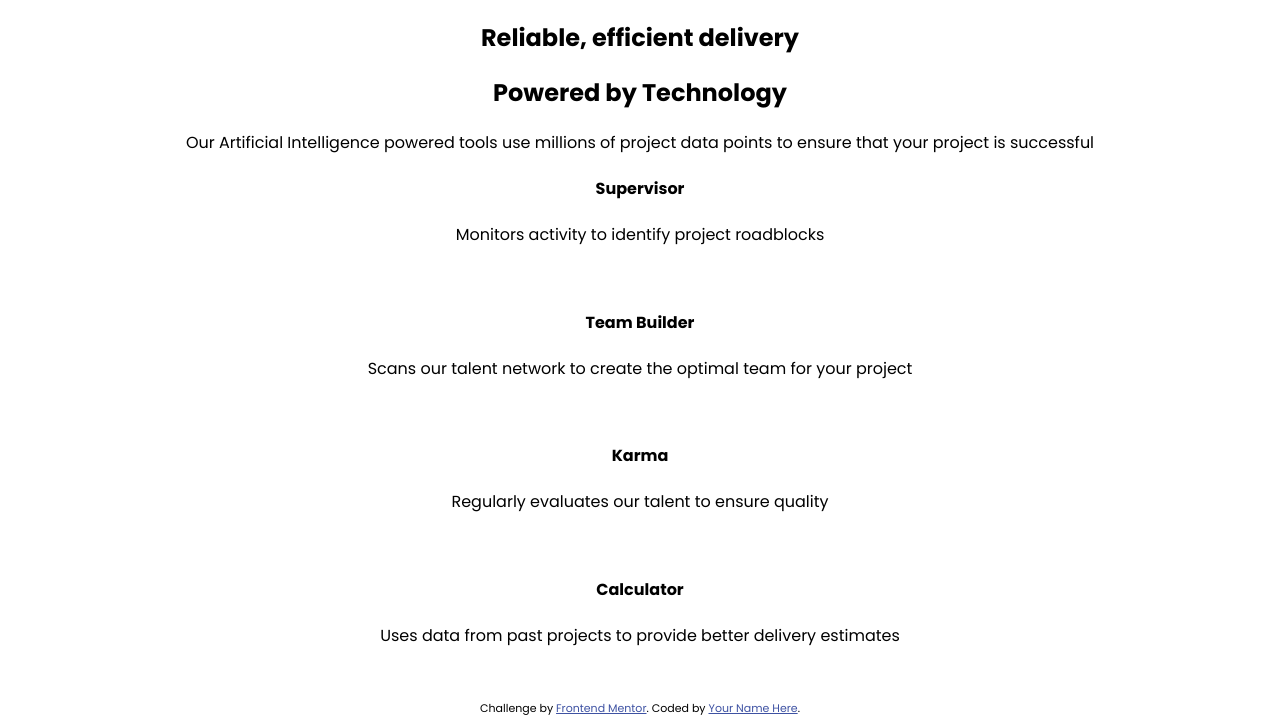
Repository: BuduCE/four-card-feature-section-master
Page: index.html
An editor plug-in stored every save of this project. The page is shown before and after the next save, followed by the edit.
The browser window is 1280 px wide. The pictures show the whole page.

Above is the page before, as saved 2023-06-01 22:09:22.

### index.html
<!DOCTYPE html>
<html lang="en">
<head>
  <meta charset="UTF-8">
  <meta name="viewport" content="width=device-width, initial-scale=1.0"> <!-- displays site properly based on user's device -->

  <link rel="icon" type="image/png" sizes="32x32" href="./images/favicon-32x32.png">

  <title>Frontend Mentor | Four card feature section</title>

  <!-- Feel free to remove these styles or customise in your own stylesheet 👍 -->
  <style>
    .attribution { font-size: 11px; text-align: center; }
    .attribution a { color: hsl(228, 45%, 44%); }
    body{
      font-family: 'Poppins', sans-serif;
      text-align: center;
      width: 75%;
      margin: auto;
    }
  </style>

  <!-- Gogle font family -->
  <link rel="preconnect" href="https://fonts.googleapis.com">
  <link rel="preconnect" href="https://fonts.gstatic.com" crossorigin>
  <link
    href="https://fonts.googleapis.com/css2?family=Montserrat:ital,wght@0,200;0,300;0,400;0,500;0,600;0,700;0,800;0,900;1,200;1,300;1,400;1,500;1,600;1,700;1,800;1,900&family=Poppins:wght@100;200;300;400;500;700;900&display=swap"
    rel="stylesheet">
</head>
<body>
  <h2>Reliable, efficient delivery</h2>
  <h2>Powered by Technology</h2>

  <p class="header_detail">Our Artificial Intelligence powered tools use millions of project data points
  to ensure that your project is successful</p>

  <div class="product_card">
    <div class="card_containers">
      <div class="card">
        <h4>Supervisor</h4>
        <p>Monitors activity to identify project roadblocks</p>
        <img src="" alt="">
      </div>
    </div>

    <div class="card_containers special">
      <div class="card">
        <h4>Team Builder</h4>
        <p>Scans our talent network to create the optimal team for your project</p>
        <img src="" alt="">
      </div>

      <div class="card">
        <h4>Karma</h4>
        <p>Regularly evaluates our talent to ensure quality</p>
        <img src="" alt="">
      </div>
    </div>

    <div class="card_containers">
      <div class="card">
        <h4>Calculator</h4>
        <p>Uses data from past projects to provide better delivery estimates</p>
        <img src="" alt="">
      </div>
    </div>
  </div>

  <footer>
    <p class="attribution">
      Challenge by <a href="https://www.frontendmentor.io?ref=challenge" target="_blank">Frontend Mentor</a>.
      Coded by <a href="#">Your Name Here</a>.
    </p>
  </footer>
</body>
</html>

After the next save:
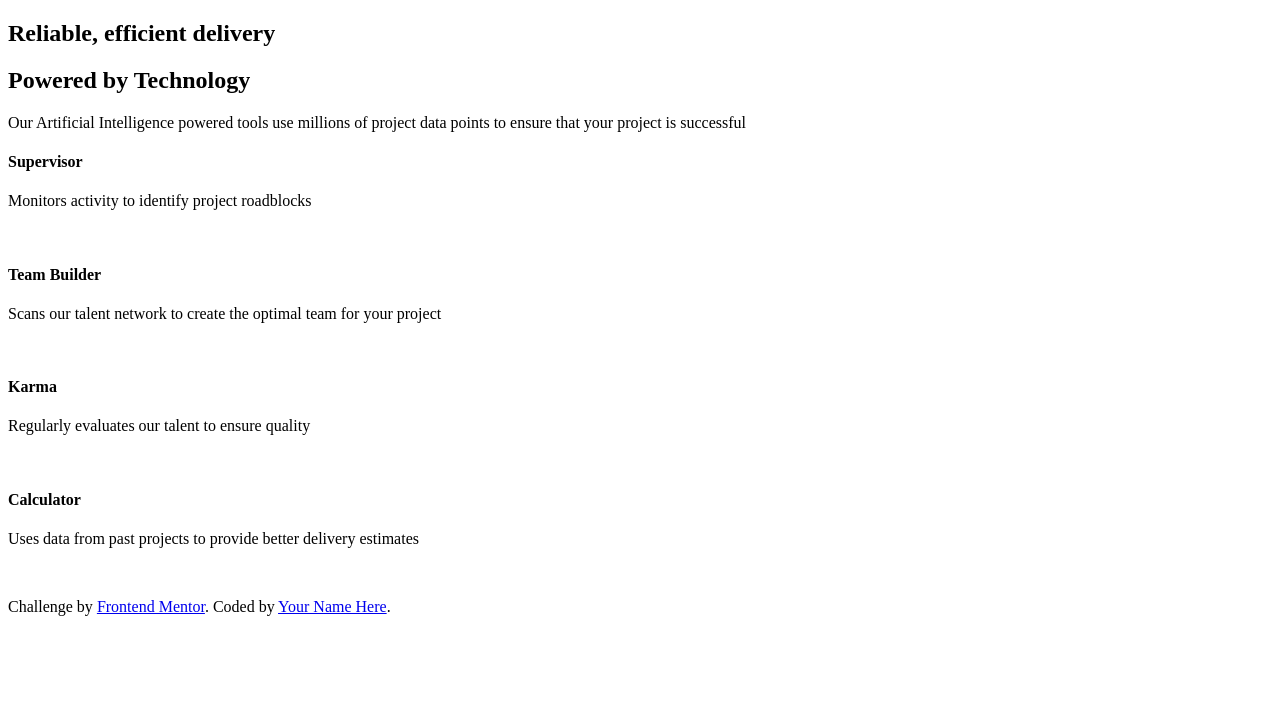
Saved 14 s later.
--- a/index.html
+++ b/index.html
@@ -10,14 +10,7 @@
 
   <!-- Feel free to remove these styles or customise in your own stylesheet 👍 -->
   <style>
-    .attribution { font-size: 11px; text-align: center; }
-    .attribution a { color: hsl(228, 45%, 44%); }
-    body{
-      font-family: 'Poppins', sans-serif;
-      text-align: center;
-      width: 75%;
-      margin: auto;
-    }
+
   </style>
 
   <!-- Gogle font family -->
